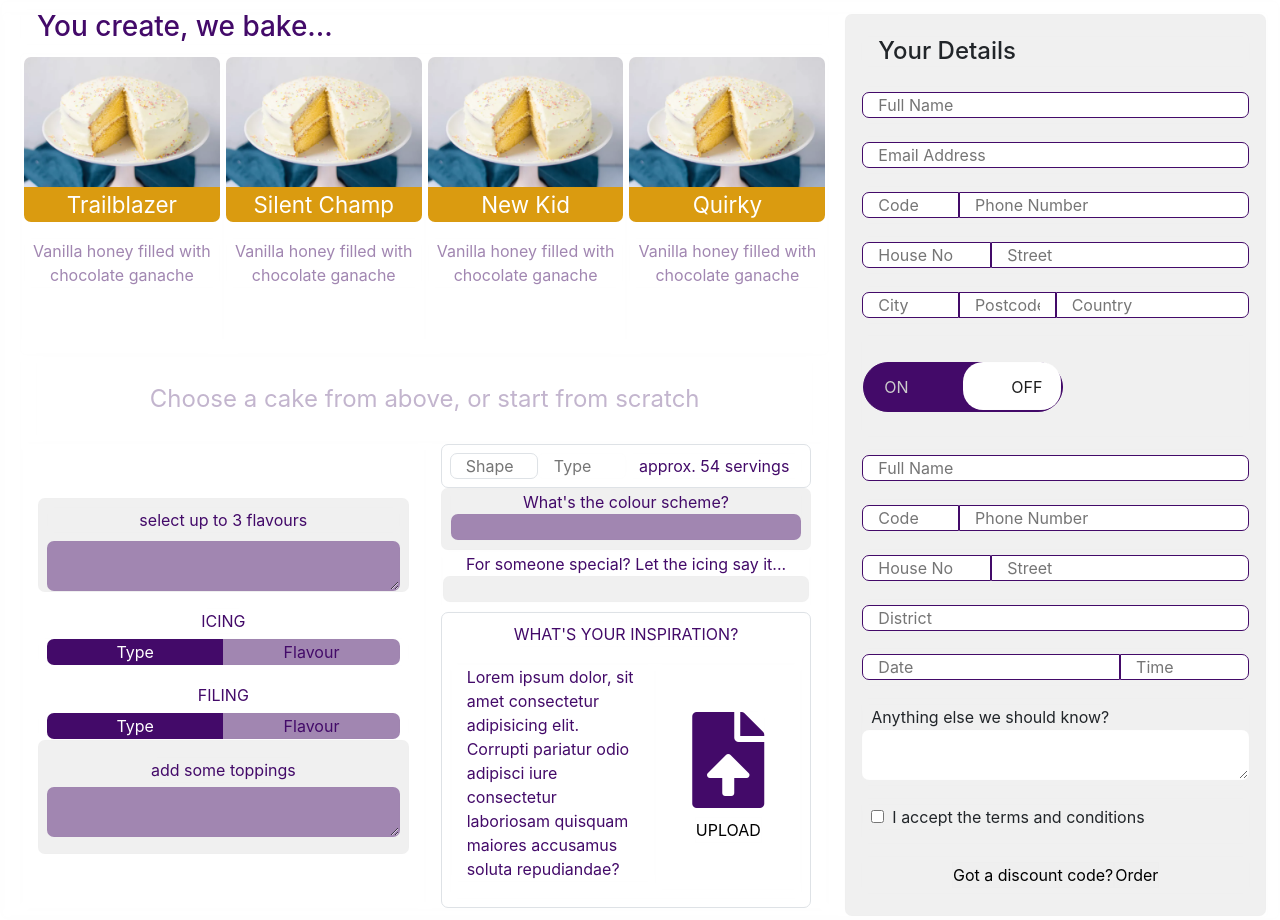
Repository: I-Alpha/BakeryOrderForm
Page: Order-Page.html
These files come from the project's save history. The page is drawn as it stood at one moment and after the next save; the edit follows.
The browser window is 1280 px wide. The pictures show the whole page.

Above is the page before, as saved 2020-12-29 05:05:23.

After the next save:
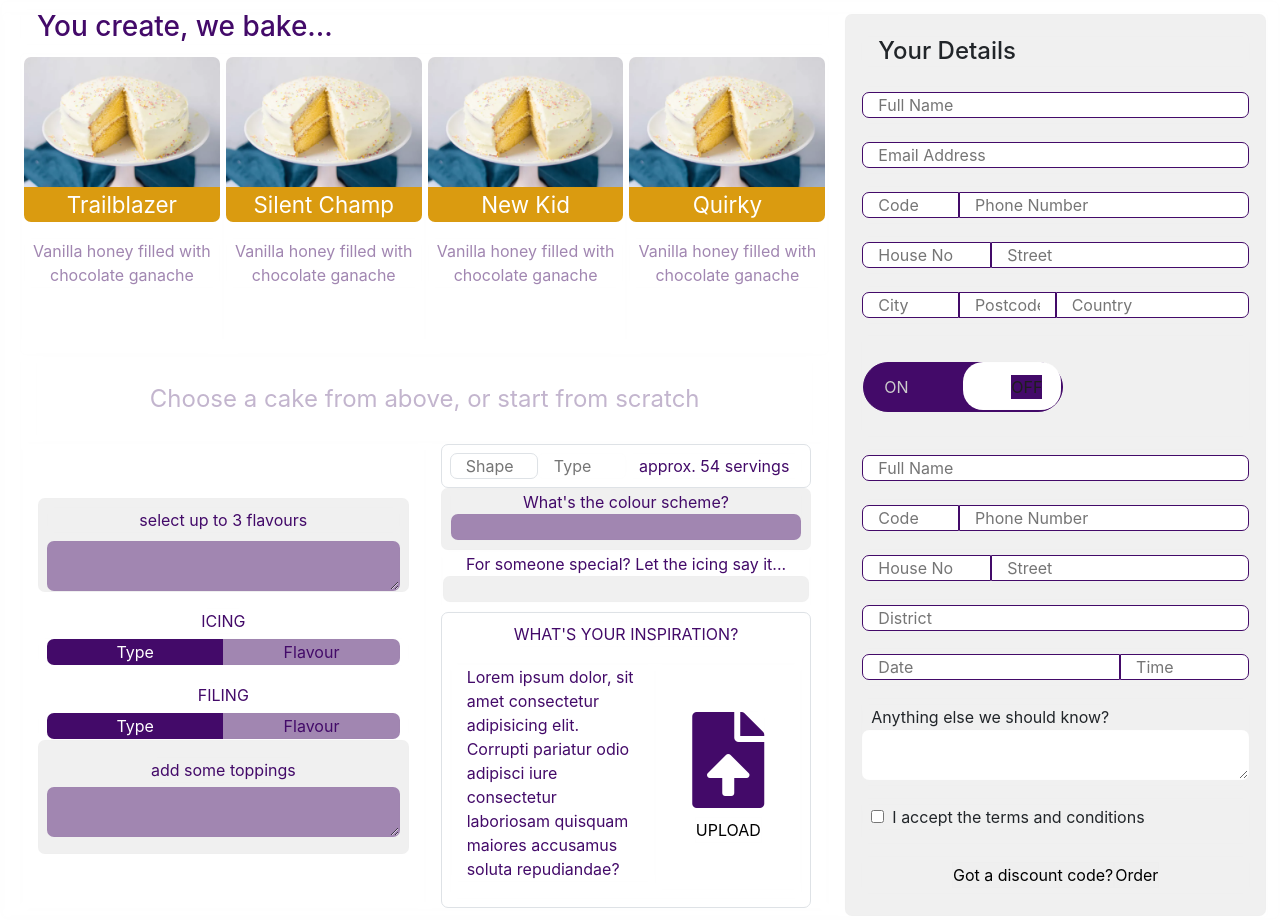
Saved 5 s later.
--- a/Order-Page.html
+++ b/Order-Page.html
@@ -75,7 +75,7 @@
 
         body span.switcher input:after {
             content: "OFF";
-            right: 20px;
+            right: 20px;  background-color: var(--primary-colour);
         }
 
         body span.switcher label {
@@ -83,7 +83,7 @@
             position: absolute;
             top: 0px;
             bottom: 0px;
-            border-radius: 20px;  background-color: var(--primary-colour);
+            border-radius: 20px;
         }
 
         body span.switcher.switcher-1 input {

After the save that followed:
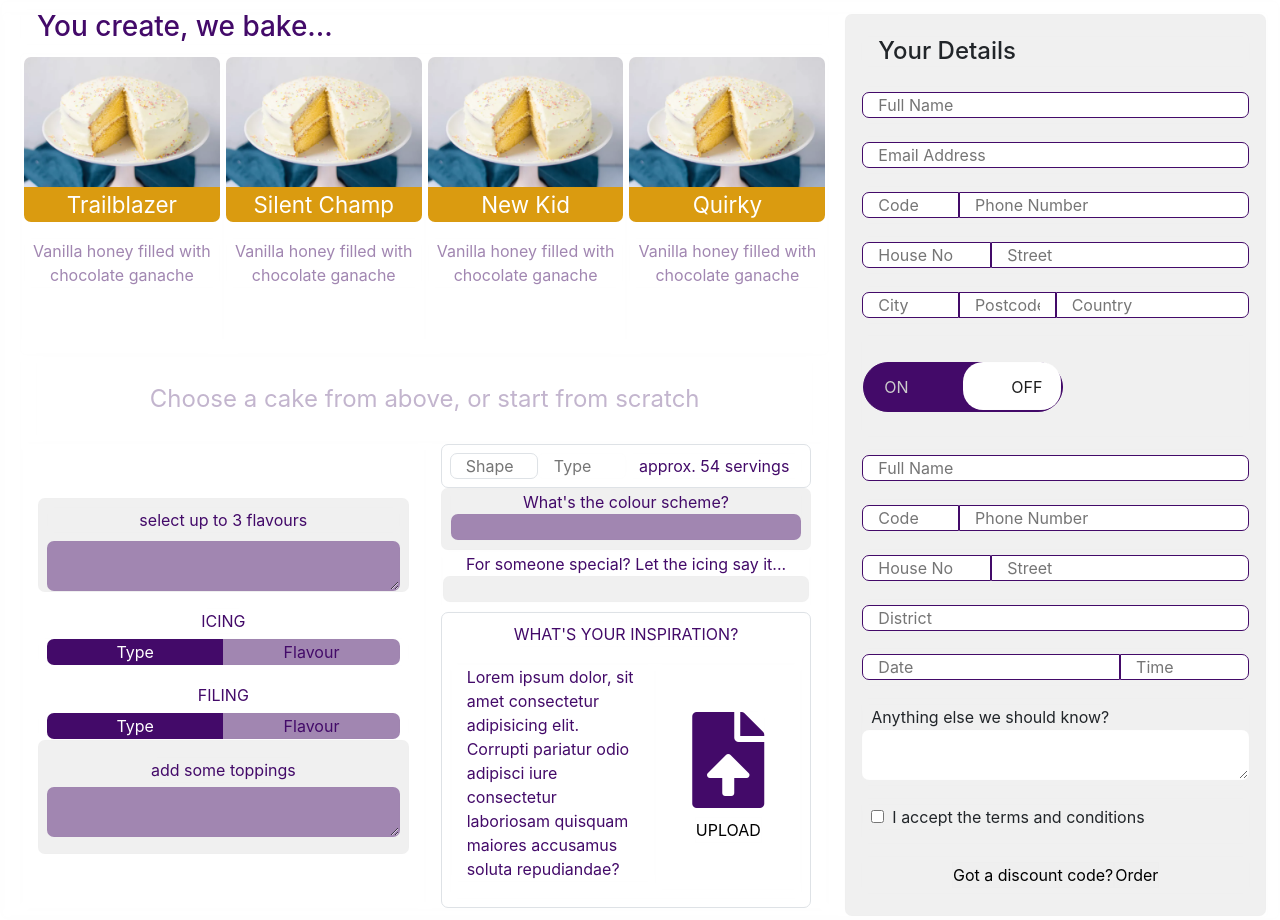
Saved 7 s later.
--- a/Order-Page.html
+++ b/Order-Page.html
@@ -70,12 +70,12 @@
 
         body span.switcher input:before {
             content: "ON";
-            left: 20px;
+            left: 20px;  background-color: var(--primary-colour);
         }
 
         body span.switcher input:after {
             content: "OFF";
-            right: 20px;  background-color: var(--primary-colour);
+            right: 20px;
         }
 
         body span.switcher label {
